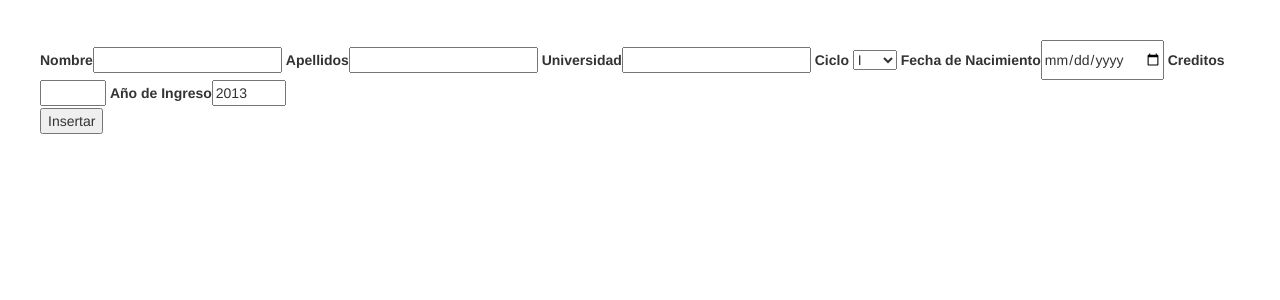
Repository: yoshitomimaehara/sdpa
Page: http://localhost/Sistema_de_Pruebas_Academicas/alumno_insertar.jsp
These files come from the project's save history. The page is drawn as it stood at one moment and after the next save; the edit follows.
The browser window is 1280 px wide. The pictures show the whole page.
The page is served by Tomcat 9.

Above is the page before, as saved 2013-10-06 22:26:12.
Console error: TypeError: $(...).alert is not a function

After the next save:
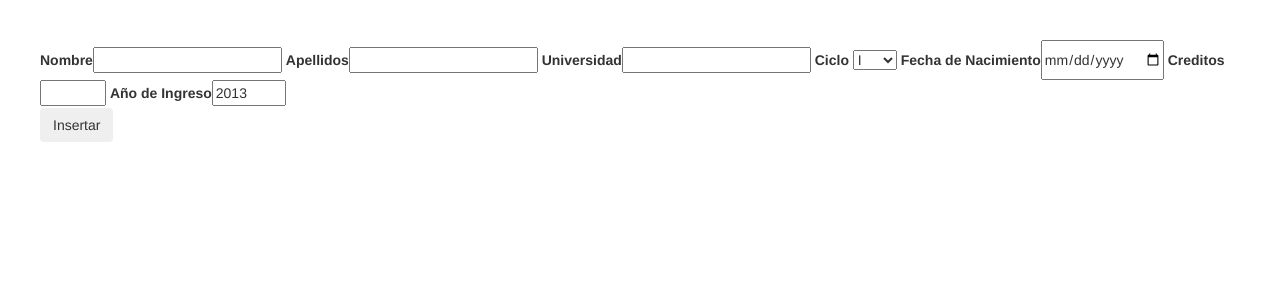
Saved 22 s later.
--- a/Web/Sistema de Pruebas Academicas/Sistema de Pruebas Academicas/WebContent/alumno_insertar.jsp
+++ b/Web/Sistema de Pruebas Academicas/Sistema de Pruebas Academicas/WebContent/alumno_insertar.jsp
@@ -27,7 +27,7 @@
 		<label>Creditos</label><input type="number" min="1" max="5" step="0.5"/>
 		<label>Año de Ingreso</label><input type="number" min="2000" max="2013" value="2013"/>
 		<br/>
-		<input type="button" value="Insertar"/>
+		<input type="button" value="Insertar" class="btn"/>
 	</form>
 </body>
 </html>
